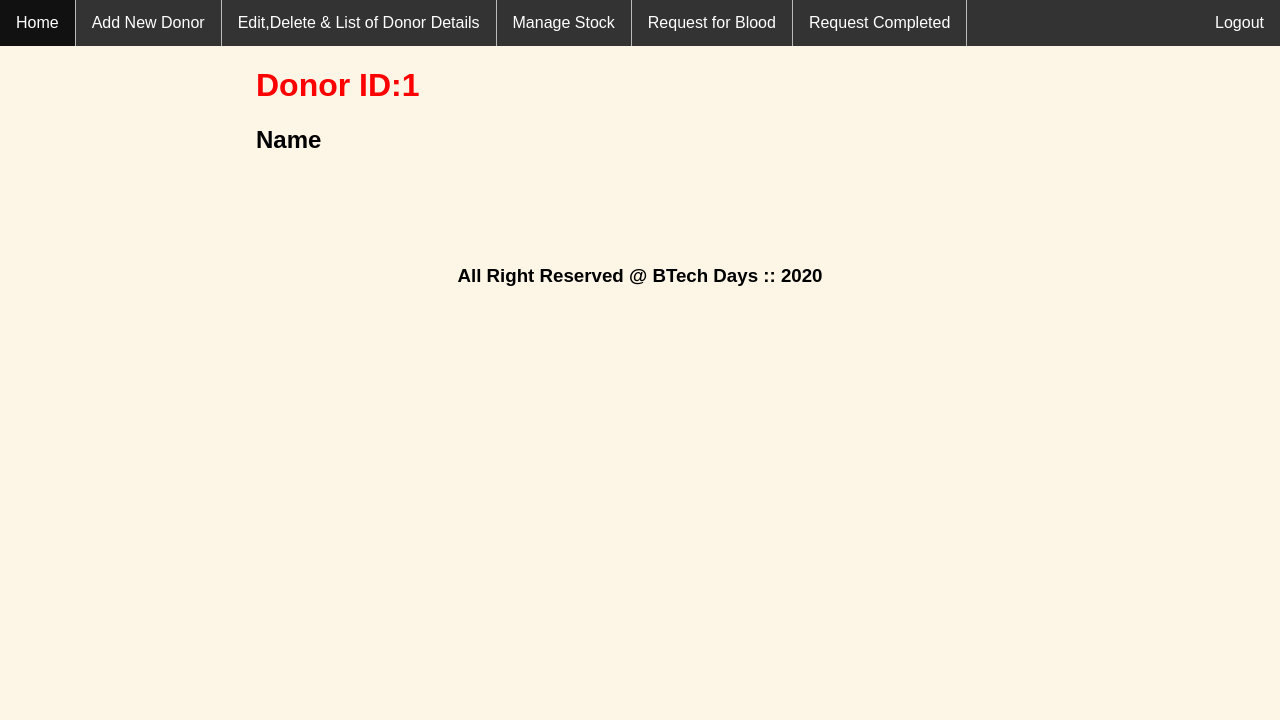
Repository: Tejas-2408/Blood-Bank-Management
Page: http://localhost/Blood_Bank_Management_System/addNewDonor.jsp
These files come from the project's save history. The page is drawn as it stood at one moment and after the next save; the edit follows.
The browser window is 1280 px wide. The pictures show the whole page.
The page is served by Tomcat 9. Queries for data that is not in the repository find no rows.

Above is the page before, as saved 2022-06-03 14:02:08.

### Blood Bank Management System/src/main/webapp/addNewDonor.jsp
<%@include file="header.html"%>
<%@page import="Project.ConnectionProvider,java.sql.*" %>
<!DOCTYPE html PUBLIC "-//W3C//DTD HTML 4.01 Transitional//EN" "http://www.w3.org/TR/html4/loose.dtd">
<html>
<head>
 <link rel="stylesheet" href="style.css" type="text/css" media="screen">
<style>
input[type="text"], input[type="password"], input[type="email"], select,input[type="number"]
{
    border: none;
    background:silver;
    height: 50px;
    font-size: 16px;
	padding:15px;
	width:60%;
	border-radius: 25px;
	margin-left:20%;
}
h2,h1
{
	margin-left:20%;
}
hr
{
width:60%;
}
</style>
</head>
<body>
<%
int id=1;
try{
	Connection con = ConnectionProvider.getCon();
	Statement st = con.createStatement();
	ResultSet rs = st.executeQuery("select max(id) from donor");
	if(rs.next()){
		id = rs.getInt(1);
		id++;
	}  %>
	<div class="container">
	<h1 style="color:red;">Donor ID:<%out.print(id); %></h1>
	<%
}
catch(Exception e){
}
%>

<div class="container">
<form action="addNewDonorAction.jsp" method="post">
<input type="hidden" name="id" value="<% out.println(id);%>">
<h2>Name</h2>
</form>

</div>



  </div>

<br>
<br>
<br>
<br>
<h3><center>All Right Reserved @ BTech Days :: 2020  </center></h3>

</body>
</html>

### Blood Bank Management System/src/main/webapp/header.html
<!DOCTYPE html>
<html>
<head>
 <link rel="stylesheet" href="style.css" type="text/css" media="screen">
<style>

ul {
  list-style-type: none;
  margin: 0;
  padding: 0;
  overflow: hidden;
  background-color: #333;
}

li {
  float: left;
  border-right:1px solid #bbb;
}

li:last-child {
  border-right: none;
}

li a {
  display: block;
  color: white;
  text-align: center;
  padding: 14px 16px;
  text-decoration: none;
}

li a:hover:not(.active) {
  background-color: #111;
}

.active {
  background-color: #4CAF50;
}
</style>
</head>
<body>

<ul>
  <li><a href="home.jsp">Home</a></li>
  <li><a href="addNewDonor.jsp">Add New Donor</a></li>
  <li><a href="editDeleteList.jsp">Edit,Delete & List of Donor Details</a></li>
    <li><a href="manageStock.jsp">Manage Stock</a></li>
  <li><a href="requestForBlood.jsp">Request for Blood</a></li>
  <li><a href="requestCompleted.jsp">Request Completed</a></li>
  <li style="float:right"><a href="adminLogin.jsp">Logout</a></li>
</ul>

</body>
</html>

### Blood Bank Management System/src/main/java/Project/ConnectionProvider.java
package Project;
import java.sql.*;

public class ConnectionProvider {

	public static Connection getCon() {
		try {
			Class.forName("com.mysql.jdbc.Driver");
			Connection con = DriverManager.getConnection("jdbc:mysql://localhost:3306/bloodbank","root","root");
			return con;
		}
		catch(Exception e) {
			System.out.print(e);
			return null;
		}
	}

}

### Blood Bank Management System/src/main/webapp/style.css
body{
background-color:#FDF5E6;
}
img{
width:100%;
height:500px;
}

.logo{
width:130px;
height:90px;
}
body {
  margin: 0;
  font-family: Arial;
}

.header {
  overflow: hidden;
  background-color:#B0C4DE;
  padding: 20px 10px;
}

.header a {
  float: left;
  color: white;
  text-align: center;
  padding: 12px;
  text-decoration: none;
  font-size: 18px;
  line-height: 25px;
  border-radius: 4px;
}

.header a.logo {
  font-size: 25px;
  font-weight: bold;
}


.header a.active {
  background-color: dodgerblue;
  color: white;
}

.header-right {
  float: right;
}

@media screen and (max-width: 500px) {
  .header a {
    float: none;
    display: block;
    text-align: left;
  }
  .header-right {
    float: none;
  }
}
.slide{
background-color:red;
}


textarea
{
    border: none;
    margin-left:100px;
	background:silver;
	width:100%;
    font-size: 16px;
	padding:15px;

}
.textdiv{
	margin-left:2.5%;
	margin-right:2.5%;
	width:100%;
}

iframe{

	height:50%;
	width:90%;
}


.button {
  border-radius: 4px;
  background-color: black;
  border: solid;
  color: #FFFFFF;
  text-align: center;
  font-size: 23px;
  padding: 5px;
  width: 120px;
  transition: all 0.5s;
  cursor: pointer;
  margin: 5px;
}

.button1 {
  border-radius: 4px;
  background-color: black;
  border: solid;
  border-radius:30px;
  border-color:silver;
  color: #FFFFFF;
  text-align: center;
  font-size: 23px;
  padding: 5px;
  width: 140px;
  transition: all 0.5s;
  cursor: pointer;
  margin: 5px;
  float:right;
}

button span {
  cursor: pointer;
  display: inline-block;
  position: relative;
  transition: 0.5s;
}

button span:after ,button1 span:after {
  content: '\00bb';
  position: absolute;
  opacity: 0;
  top: 0;
  right: -20px;
  transition: 0.5s;
}

button:hover span , button1:hover span {
  padding-right: 25px;
}

button:hover span:after , button1:hover span:after {
  opacity: 1;
  right: 0;
}



.p1{
	margin-left:6%;
	margin-right:6%;
	padding:15%;
	 border-left: 6px solid silver;
	 border-right: 6px solid silver;
	  border-top: 6px solid gray;
	 border-bottom: 6px solid gray;
	margin-bottom:2px;
	 background: rgba(0, 0, 0, 0.2);

}
.p2
{
	margin-left:6%;
	margin-right:6%;
	padding:9%;
	border:solid;
	border-left: 6px solid silver;
	 border-right: 6px solid silver;
	  border-top: 6px solid gray;
	 border-bottom: 6px solid gray;
	margin-bottom:18px;
	 background: rgba(0, 0, 0, 0.2);
}


.p3{

	color:white;
	margin-left:6%;
}


.m1{
	width:140px;
}

* {
    box-sizing: border-box;
}

body {
    margin: 0;
    font-family: Arial;
}

.header {
    text-align: center;
    padding: 32px;
}

.row {
    display: -ms-flexbox; /* IE10 */
    display: flex;
    -ms-flex-wrap: wrap; /* IE10 */
    flex-wrap: wrap;
    padding: 0 4px;

}
.row1 {
    display: -ms-flexbox; /* IE10 */
    display: flex;
    -ms-flex-wrap: wrap; /* IE10 */
    flex-wrap: wrap;
    padding: 0 4px;
	background-color:black;

}


/* Create four equal columns that sits next to each other */
.column {
    -ms-flex: 25%; /* IE10 */
    flex: 25%;
    max-width: 50%;
    padding: 0 4px;
}
.column1 {
    -ms-flex: 25%; /* IE10 */
    flex: 25%;
    max-width: 100%;
    padding: 0 4px;
}


.column img {
    margin-top: 8px;
    vertical-align: middle;
	height:300px;
	padding:30px;
}

/* Responsive layout - makes a two column-layout instead of four columns */
@media screen and (max-width: 800px) {
    .column {
        -ms-flex: 50%;
        flex: 50%;
        max-width: 50%;
    }
}

/* Responsive layout - makes the two columns stack on top of each other instead of next to each other */
@media screen and (max-width: 600px) {
    .column {
        -ms-flex: 100%;
        flex: 100%;
        max-width: 100%;
    }
}
p{
padding:10px;
}

.h1d{
color:white;
margin-left:5%;
}
.h1e{
color:white;
margin-left:28%;
}

After the next save:
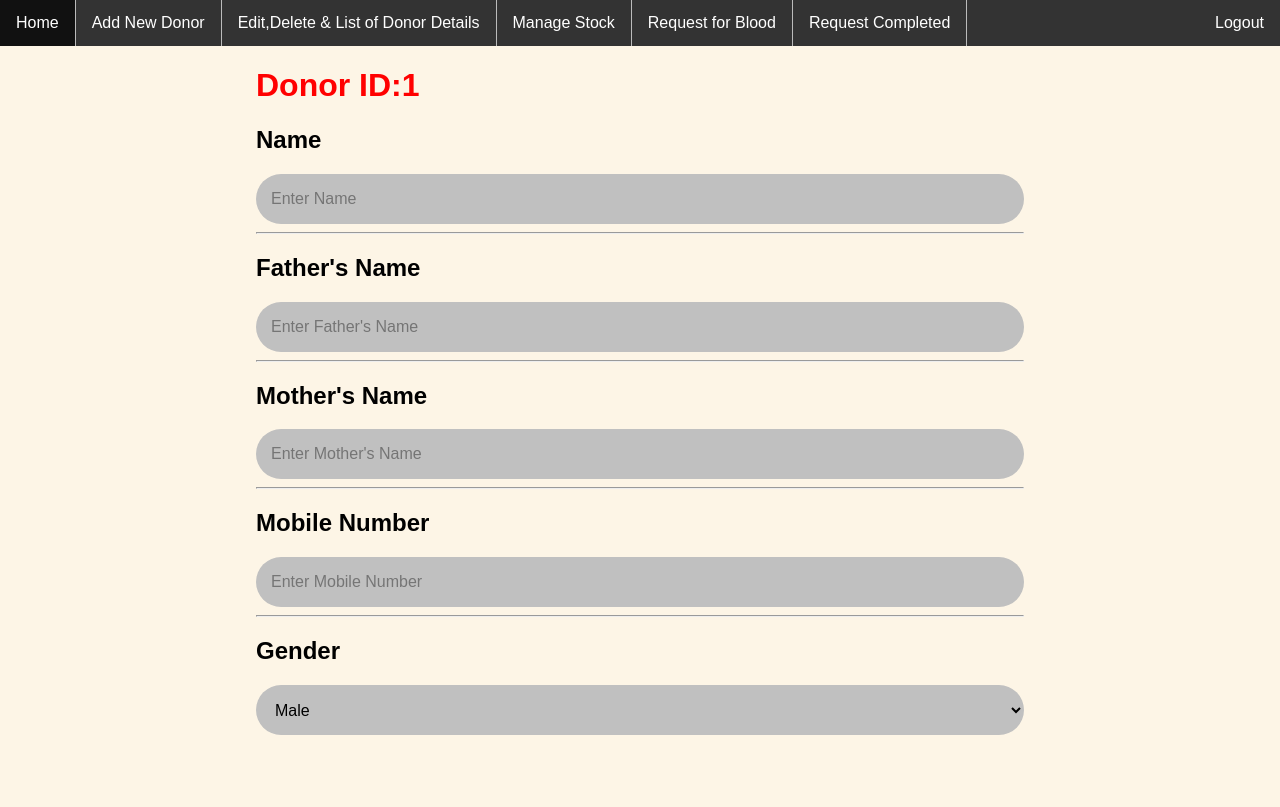
Saved 3 min 48 s later.
--- a/Blood Bank Management System/src/main/webapp/addNewDonor.jsp
+++ b/Blood Bank Management System/src/main/webapp/addNewDonor.jsp
@@ -49,6 +49,24 @@ catch(Exception e){
 <form action="addNewDonorAction.jsp" method="post">
 <input type="hidden" name="id" value="<% out.println(id);%>">
 <h2>Name</h2>
+<input type="text" placeholder="Enter Name" name="name">
+<hr>
+<h2>Father's Name</h2>
+<input type="text" placeholder="Enter Father's Name" name="father">
+<hr>
+<h2>Mother's Name</h2>
+<input type="text" placeholder="Enter Mother's Name" name="mother">
+<hr>
+<h2>Mobile Number</h2>
+<input type="number" placeholder="Enter Mobile Number" name="mobilenumber">
+<hr>
+<h2>Gender</h2>
+<select name="gender">
+<option value="Male">Male</option>
+<option value="Female">Female</option>
+<option value="Male">Male</option>
+</select>
+
 </form>
 
 </div>
@@ -61,7 +79,6 @@ catch(Exception e){
 <br>
 <br>
 <br>
-<h3><center>All Right Reserved @ BTech Days :: 2020  </center></h3>
 
 </body>
 </html>
